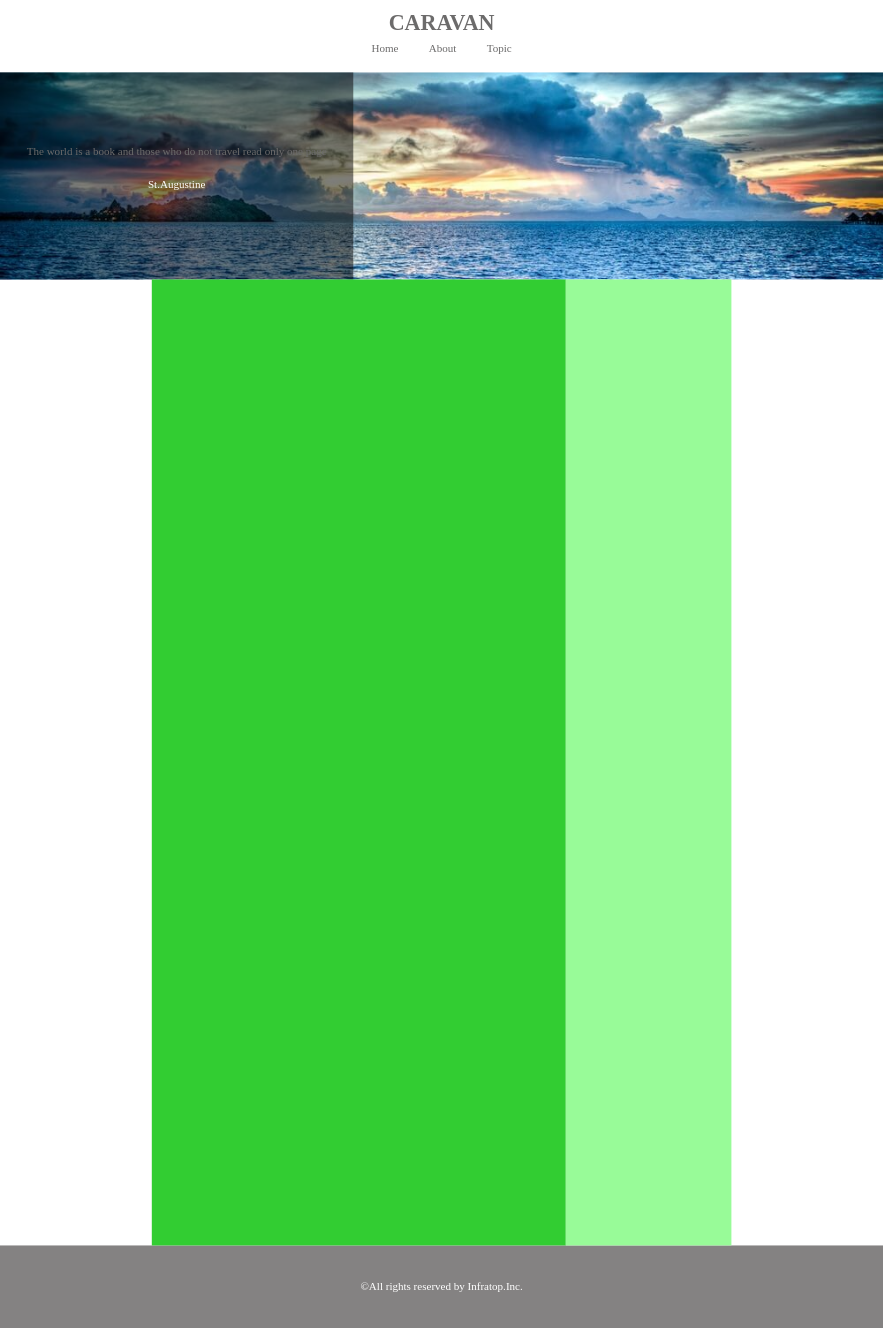
Repository: ego-boosting/assightment_1
Page: caravan/index.html
The author's editor kept a record of every edit. The page is drawn from the files as they stood at one moment, then again after the next edit.
The browser window is 1280 px wide. The pictures show the whole page, at 69% of full size.

Above is the page before.

After the next edit:
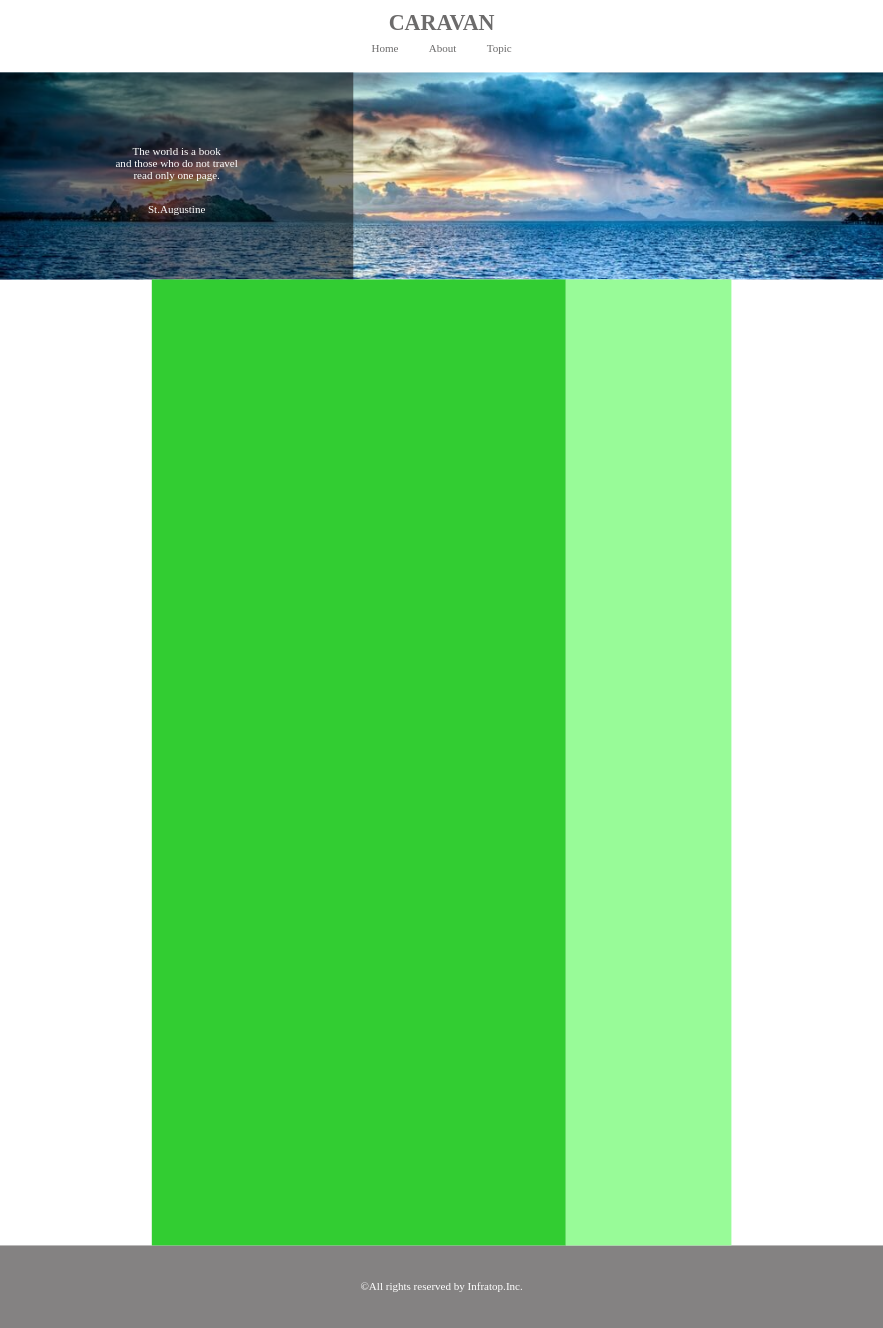
The edit:
--- a/caravan/index.html
+++ b/caravan/index.html
@@ -30,8 +30,10 @@
 
     <div class="main-visual">
       <div class="main-visual-content">
-        <p class="mainvisual-text">
-          The world is a book and those who do not travel read only one page
+        <p class="main-visual-text">
+          The world is a book<br>
+          and those who do not travel<br>
+          read only one page.
         </p>
         <p class="main-visual-name">
           St.Augustine
